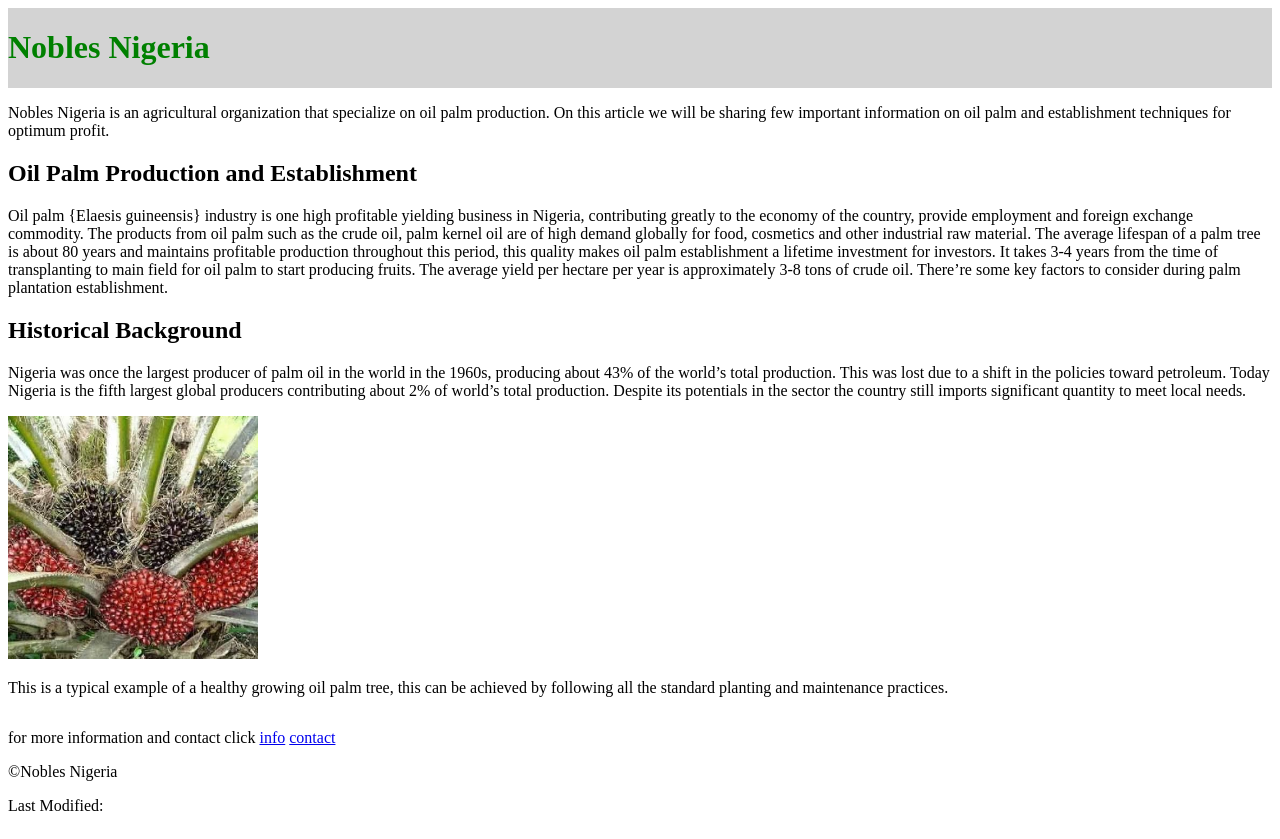
Repository: NoblesNigeria/wdd131
Page: wdd131-project/course-project.html
An editor plug-in stored every save of this project. The page is shown before and after the next save, followed by the edit.
The browser window is 1280 px wide. The pictures show the whole page.

Above is the page before, as saved 2025-12-03 13:59:45.

### wdd131-project/course-project.html
<!DOCTYPE html>
<html lang="en">
<head>
    <meta charset="UTF-8">
    <meta name="viewport" content="width=device-width, initial-scale=1.0">
    <title>WDD 131 Course Project</title>
    <meta name="author" content="Nwose Anthony">
    <meta name="description" content="WDD 131 end of course project, It help students to independently practice some skills gained during the course.  ">
    <link rel="stylesheet" href="styles/course-project.css">
    <link rel="stylesheet" href="styles/course-project-large.css">
    <link src="scripts/course-project.js">
</head>
<body>
    <header>
        <h1>Nobles Nigeria</h1>
    </header>
    <main>
        <p><span>Nobles Nigeria </span>is an agricultural organization that specialize on oil palm production. On this article we will be sharing few important information on oil palm and establishment techniques for optimum profit. </p>
        <h2>Oil Palm Production and Establishment</h2>
        <p>Oil palm {Elaesis guineensis} industry is one high profitable yielding
business in Nigeria, contributing greatly to the economy of the
country, provide employment and foreign exchange commodity. The
products from oil palm such as the crude oil, palm kernel oil are of
high demand globally for food, cosmetics and other industrial raw
material. The average lifespan of a palm tree is about 80 years and
maintains profitable production throughout this period, this quality
makes oil palm establishment a lifetime investment for investors. It
takes 3-4 years from the time of transplanting to main field for oil
palm to start producing fruits. The average yield per hectare per year
is approximately 3-8 tons of crude oil. There’re some key factors to
consider during palm plantation establishment.</p>
        <h2>Historical Background</h2>
        <p>Nigeria was once the largest producer of palm oil in the world in the
1960s, producing about 43% of the world’s total production. This
was lost due to a shift in the policies toward petroleum. Today
Nigeria is the fifth largest global producers contributing about 2% of
world’s total production. Despite its potentials in the sector the
country still imports significant quantity to meet local needs.</p>
        <aside>
            <img src="images/teneratree.jpg" width="250" height="auto">
            <p>This is a typical example of a healthy growing oil palm tree, this can be achieved by following all the standard planting and maintenance practices. </p>
        </aside>
    </main>
    <footer>
        <p>for more information and contact click <a href="#">info</a> <a href="#">contact</a></p>
        <p>&copy;<span id="current-year"></span>Nobles Nigeria</p>
        <p>Last Modified:<span id="lastModified"></span></p>
    </footer>
</body>
</html>

### wdd131-project/styles/course-project-large.css
body{
    display :grid;
    grid-template-columns: (3 1fr);
}
header{
    background-color: lightgray ;
}
h1{
    color:green;
    padding:

}

Loaded but not shown: wdd131-project/styles/course-project.css (no copy from this time; the picture is the same without it)

After the next save:
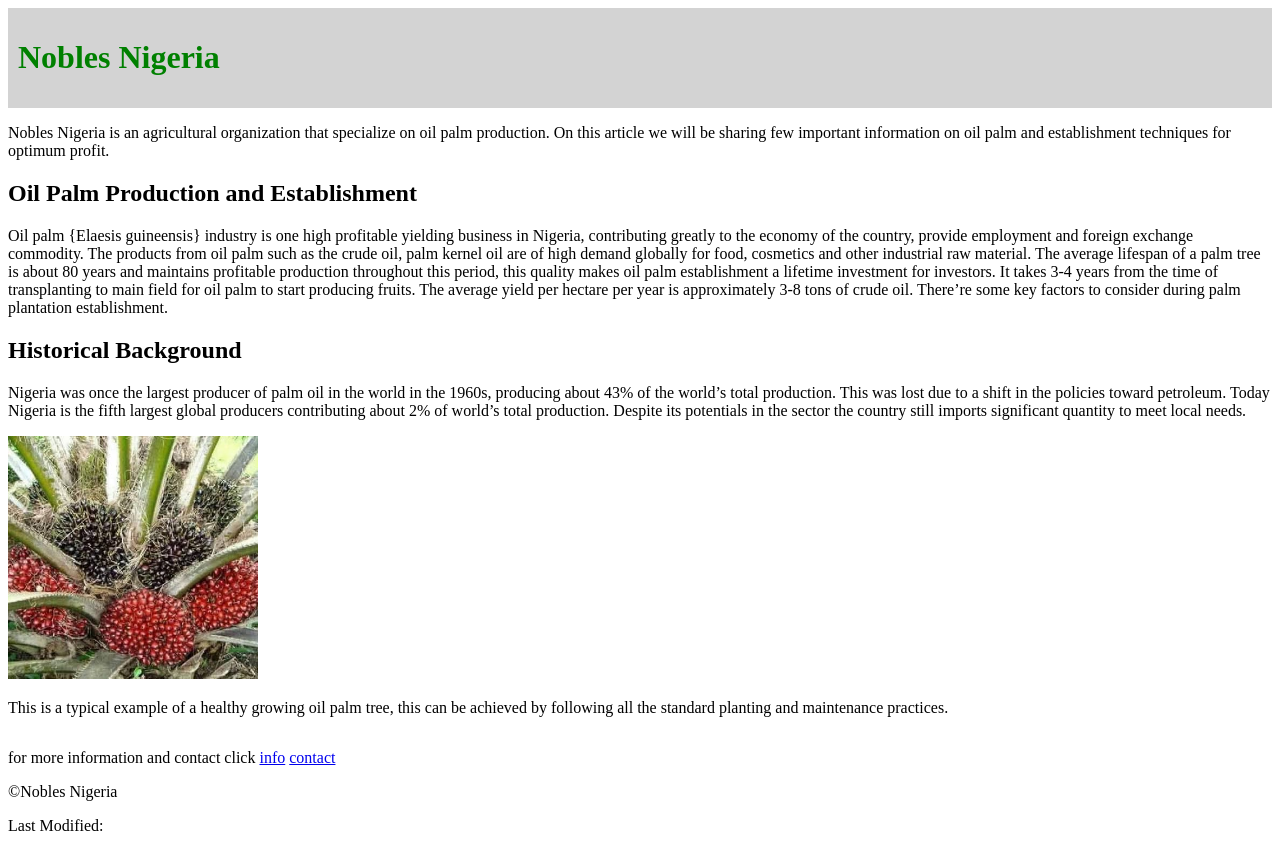
Saved 4 s later.
--- a/wdd131-project/styles/course-project-large.css
+++ b/wdd131-project/styles/course-project-large.css
@@ -7,6 +7,6 @@ header{
 }
 h1{
     color:green;
-    padding:
+    padding: 10px;
 
 }
